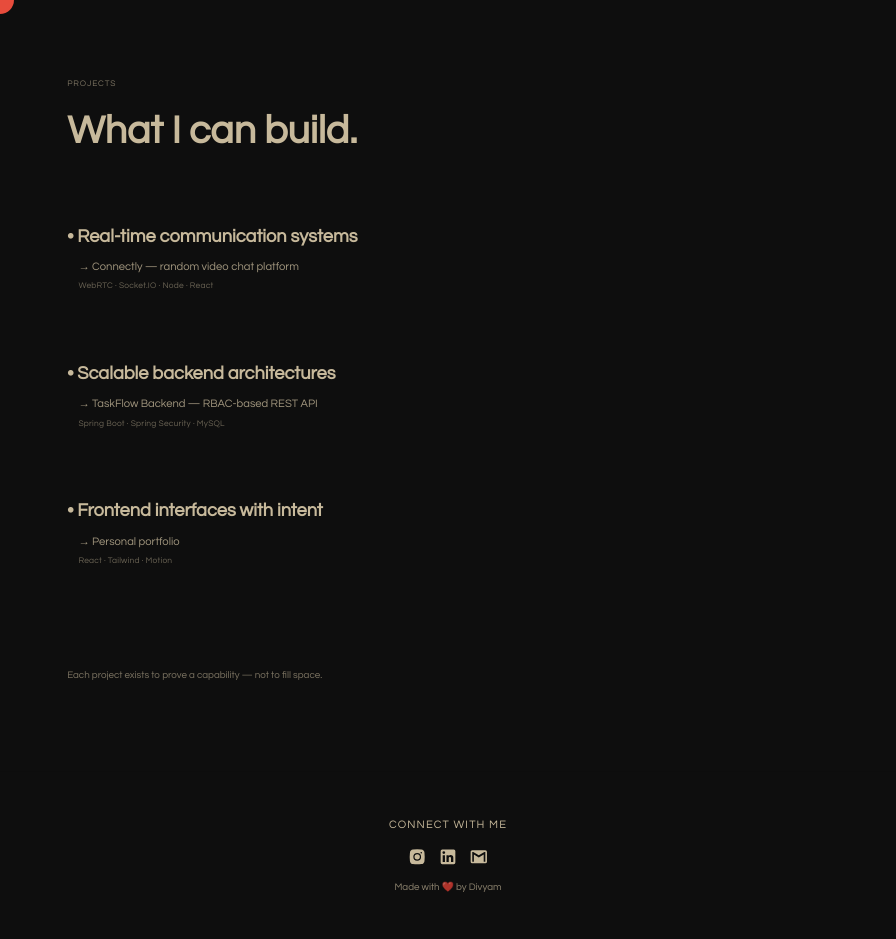
Repository: divyamGNH/DivyamPF
Page: /projects
The author's editor kept a copy of each file at every save. The page is drawn from the files as they stood at one save, then again after the next save.
The browser window is 1280 px wide. The pictures show the whole page, at 70% of full size.
The project was rebuilt for these pictures with package versions that can differ from the ones it lists, and the page was loaded fresh each time. Also part of the build but not shown: vite.config.js, src/App.css, src/components/MaskLayer.jsx, src/pages/Landing.jsx, src/pages/topProjects.jsx, src/pages/Socials.jsx, src/pages/Navigations.jsx, src/animations/ScrolltoAnimate.jsx and 5 more.

Above is the page before, as saved 2025-12-21 03:06:48.

### index.html
<!doctype html>
<html lang="en">
  <head>
    <meta charset="UTF-8" />
    <meta name="viewport" content="width=device-width, initial-scale=1.0" />
    <title>DivyamPF</title>
    <link href="https://fonts.googleapis.com/css2?family=Poppins:wght@100..900&family=Questrial&display=swap" rel="stylesheet">
  </head>
  <body>
    <div id="root"></div>
    <script type="module" src="/src/main.jsx"></script>
  </body>
</html>

### src/App.jsx
import { BrowserRouter as Router, Routes, Route } from "react-router-dom";
import "./App.css";

import Home from "./pages/Home";
// import { MouseProvider } from "./Context/MouseContext.jsx";
import About from "./pages/About.jsx";
import Projects from "./pages/Projects.jsx";

import useMouseTracking from "./Hooks/useMouseTracking.js";
import CursorFollower from "./components/CursorFollower.jsx";
import Footer from "./pages/Footer.jsx";

function App() {

  useMouseTracking();

  return (
      <Router>
        <CursorFollower/>

        <Routes>
          <Route path="/" element={<Home />} />
          <Route path="/about" element={<About />} />
          <Route path="/projects" element={<Projects/>} />
          {/* <Route path="/contact" element={<Contact />} /> */}
        </Routes>

        <Footer/>
      </Router>

  );
}

export default App;

### src/index.css
@import url('https://fonts.googleapis.com/css2?family=Poppins:wght@100..900&family=Questrial&display=swap');
@import "tailwindcss";

body {
  margin: 0;
  background-color: #0E0E0E;
  font-family: 'Questrial', sans-serif;
}

### src/pages/Projects.jsx
function Projects() {
  return (
    <div className="min-h-[100svh] bg-[#0E0E0E] text-[#C7B99B] font-[Questrial] px-6 sm:px-12 md:px-24 pt-28 pb-32">

      {/* TITLE */}
      <div className="mb-24">
        <p className="tracking-widest text-xs mb-6 opacity-60">
          PROJECTS
        </p>

        <h1 className="font-extrabold text-[40px] sm:text-[56px] leading-tight max-w-2xl">
          What I can build.
        </h1>
      </div>

      {/* CLAIMS */}
      <div className="space-y-20 max-w-3xl">

        <Claim
          claim="Real-time communication systems"
          proof="Connectly — random video chat platform"
          stack="WebRTC · Socket.IO · Node · React"
        />

        <Claim
          claim="Scalable backend architectures"
          proof="TaskFlow Backend — RBAC-based REST API"
          stack="Spring Boot · Spring Security · MySQL"
        />

        <Claim
          claim="Frontend interfaces with intent"
          proof="Personal portfolio"
          stack="React · Tailwind · Motion"
        />

      </div>

      {/* CLOSING LINE */}
      <div className="mt-32 max-w-md">
        <p className="text-sm opacity-60">
          Each project exists to prove a capability —
          not to fill space.
        </p>
      </div>
    </div>
  );
}

function Claim({ claim, proof, stack }) {
  return (
    <div className="group">

      {/* CLAIM */}
      <h2 className="text-[22px] sm:text-[26px] font-semibold mb-3">
        • {claim}
      </h2>

      {/* PROOF */}
      <p className="text-sm sm:text-base opacity-80 ml-4 mb-2">
        → {proof}
      </p>

      {/* STACK */}
      <p className="text-xs tracking-wide opacity-50 ml-4">
        {stack}
      </p>

      {/* ACCENT */}
      <div className="h-[1px] w-0 bg-[#E74C3C] mt-4 ml-4 transition-all duration-300 group-hover:w-24" />
    </div>
  );
}

export default Projects;

### src/Hooks/useMouseTracking.js
import {useEffect} from "react";
import useMouseStore from "../Store/useMouseStore";

const useMouseTracking = ()=>{
    const setPosition = useMouseStore(state => state.setPosition);

    useEffect(()=>{
        const handleMouseMove = (e) => {
            setPosition(e.clientX, e.clientY);
        };

        window.addEventListener('mousemove', handleMouseMove);

        return () => {
            window.removeEventListener('mousemove', handleMouseMove);
        };
    },[setPosition]);
}

export default useMouseTracking;

### src/components/CursorFollower.jsx
import { motion } from 'framer-motion';
import useMouseStore from '../Store/useMouseStore.js';

const CursorFollower = () => {
  const x = useMouseStore(state => state.x);
  const y = useMouseStore(state => state.y);

  return (
    <>
      <motion.div
        className="cursor-circle"
        style={{
          position: 'fixed',
          width: '40px',
          height: '40px',
          borderRadius: '50%',
          backgroundColor: '#E74C3C',
          pointerEvents: 'none',
          zIndex: 1,
          // mixBlendMode: 'difference',
        }}
        animate={{
          left: x - 20,
          top: y - 20,
        }}
        transition={{
          type: 'spring',
          stiffness: 500,
          damping: 28,
          mass: 0.5,
        }}
      />
    </>
  );
};

export default CursorFollower;

### src/pages/Footer.jsx
function Footer() {
  return (
    <div
      id="footer"
      className="relative w-full max-w-full overflow-x-hidden bg-[#0E0E0E] text-[#C7B99B] py-16 z-1000"
    >
      <div className="flex flex-col items-center text-center gap-5">

        {/* TITLE */}
        <p className="tracking-widest text-md sm:text-base">
          CONNECT WITH ME
        </p>

        {/* SOCIAL ICONS */}
        <div className="flex items-center gap-4">
          <a href="https://www.instagram.com/divvvvvyam/" className="hover:opacity-80 transition" target="_blank" rel="noopener noreferrer">
            <img src="./instaIcon.svg" alt="Instagram" className="w-7 h-7" />
          </a>

          <a href="https://www.linkedin.com/in/divyam-khandelwal-b54594338/" className="hover:opacity-80 transition" target="_blank" rel="noopener noreferrer">
            <img src="./linkedinIcon.svg" alt="LinkedIn" className="w-7 h-7" />
          </a>

          <a href="https://mail.google.com/mail/?view=cm&fs=1&to=divyamproff1521@gmail.com" target="_blank" rel="noopener noreferrer" className="hover:opacity-80 transition">
            <img src="./gmailIcon.svg" alt="Email" className="w-7 h-7" />
          </a>

        </div>

        {/* FOOTER NOTE */}
        <p className="text-sm opacity-70">
          Made with ❤️ by Divyam
        </p>

      </div>
    </div>
  );
}

export default Footer;

### src/Store/useMouseStore.js
import { create } from "zustand";

const useMouseStore = create((set) => ({
  // State
  x: 0,
  y: 0,
  hover: false,   // NEW BOOLEAN STATE

  // Actions
  setPosition: (x, y) => set({ x, y }),
  setHover: (value) => set({ hover: value }),  // NEW ACTION
  setMouse:(x,y) => set({x,y}),
}));

export default useMouseStore;

Loaded but not shown: src/main.jsx (common file)

After the next save:
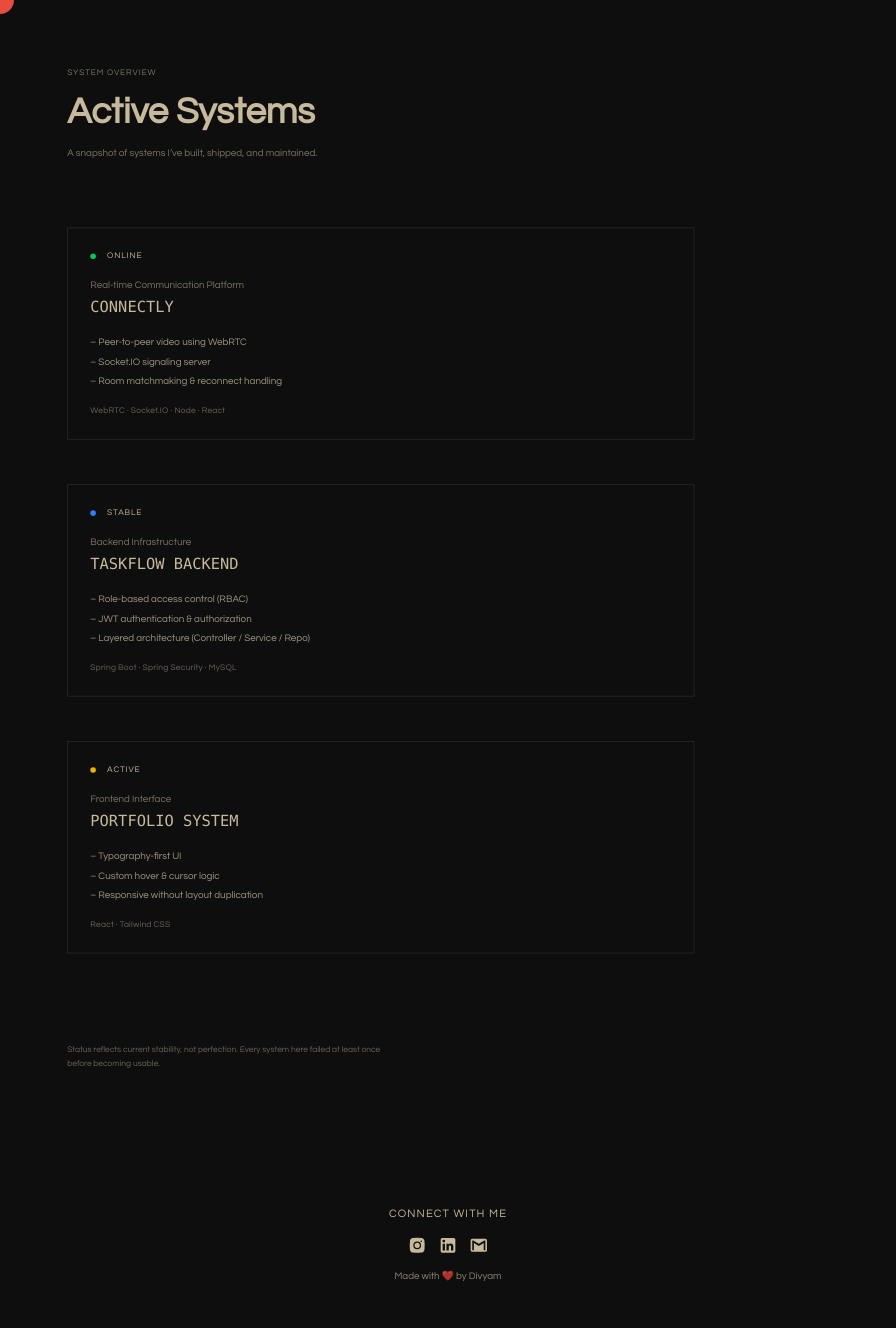
Saved 68 s later.
--- a/src/pages/Projects.jsx
+++ b/src/pages/Projects.jsx
@@ -1,73 +1,109 @@
 function Projects() {
   return (
-    <div className="min-h-[100svh] bg-[#0E0E0E] text-[#C7B99B] font-[Questrial] px-6 sm:px-12 md:px-24 pt-28 pb-32">
+    <div className="min-h-[100svh] bg-[#0E0E0E] text-[#C7B99B] font-[Questrial] px-6 sm:px-12 md:px-24 pt-24 pb-32">
 
-      {/* TITLE */}
+      {/* HEADER */}
       <div className="mb-24">
-        <p className="tracking-widest text-xs mb-6 opacity-60">
-          PROJECTS
+        <p className="text-xs tracking-widest opacity-60 mb-4">
+          SYSTEM OVERVIEW
         </p>
 
-        <h1 className="font-extrabold text-[40px] sm:text-[56px] leading-tight max-w-2xl">
-          What I can build.
+        <h1 className="font-extrabold text-[38px] sm:text-[52px] leading-tight">
+          Active Systems
         </h1>
+
+        <p className="text-sm opacity-60 mt-4 max-w-xl">
+          A snapshot of systems I’ve built, shipped, and maintained.
+        </p>
       </div>
 
-      {/* CLAIMS */}
-      <div className="space-y-20 max-w-3xl">
+      {/* SYSTEM LIST */}
+      <div className="space-y-16 max-w-4xl">
 
-        <Claim
-          claim="Real-time communication systems"
-          proof="Connectly — random video chat platform"
+        <System
+          status="ONLINE"
+          statusColor="bg-green-500"
+          title="Real-time Communication Platform"
+          name="CONNECTLY"
+          details={[
+            "Peer-to-peer video using WebRTC",
+            "Socket.IO signaling server",
+            "Room matchmaking & reconnect handling",
+          ]}
           stack="WebRTC · Socket.IO · Node · React"
         />
 
-        <Claim
-          claim="Scalable backend architectures"
-          proof="TaskFlow Backend — RBAC-based REST API"
+        <System
+          status="STABLE"
+          statusColor="bg-blue-500"
+          title="Backend Infrastructure"
+          name="TASKFLOW BACKEND"
+          details={[
+            "Role-based access control (RBAC)",
+            "JWT authentication & authorization",
+            "Layered architecture (Controller / Service / Repo)",
+          ]}
           stack="Spring Boot · Spring Security · MySQL"
         />
 
-        <Claim
-          claim="Frontend interfaces with intent"
-          proof="Personal portfolio"
-          stack="React · Tailwind · Motion"
+        <System
+          status="ACTIVE"
+          statusColor="bg-yellow-500"
+          title="Frontend Interface"
+          name="PORTFOLIO SYSTEM"
+          details={[
+            "Typography-first UI",
+            "Custom hover & cursor logic",
+            "Responsive without layout duplication",
+          ]}
+          stack="React · Tailwind CSS"
         />
 
       </div>
 
-      {/* CLOSING LINE */}
+      {/* FOOTNOTE */}
       <div className="mt-32 max-w-md">
-        <p className="text-sm opacity-60">
-          Each project exists to prove a capability —
-          not to fill space.
+        <p className="text-xs opacity-50 leading-relaxed">
+          Status reflects current stability, not perfection.
+          Every system here failed at least once before becoming usable.
         </p>
       </div>
     </div>
   );
 }
 
-function Claim({ claim, proof, stack }) {
+function System({ status, statusColor, title, name, details, stack }) {
   return (
-    <div className="group">
+    <div className="border border-[#2A2A2A] p-6 sm:p-8">
 
-      {/* CLAIM */}
-      <h2 className="text-[22px] sm:text-[26px] font-semibold mb-3">
-        • {claim}
+      {/* STATUS ROW */}
+      <div className="flex items-center gap-4 mb-6">
+        <span className={`w-2 h-2 rounded-full ${statusColor}`} />
+        <p className="text-xs tracking-widest">
+          {status}
+        </p>
+      </div>
+
+      {/* TITLE */}
+      <p className="text-sm opacity-60 mb-1">
+        {title}
+      </p>
+
+      <h2 className="font-mono text-[20px] sm:text-[22px] mb-6">
+        {name}
       </h2>
 
-      {/* PROOF */}
-      <p className="text-sm sm:text-base opacity-80 ml-4 mb-2">
-        → {proof}
-      </p>
+      {/* DETAILS */}
+      <ul className="space-y-2 text-sm opacity-80 mb-6">
+        {details.map((item, i) => (
+          <li key={i}>– {item}</li>
+        ))}
+      </ul>
 
       {/* STACK */}
-      <p className="text-xs tracking-wide opacity-50 ml-4">
+      <p className="text-xs tracking-wide opacity-50">
         {stack}
       </p>
-
-      {/* ACCENT */}
-      <div className="h-[1px] w-0 bg-[#E74C3C] mt-4 ml-4 transition-all duration-300 group-hover:w-24" />
     </div>
   );
 }
